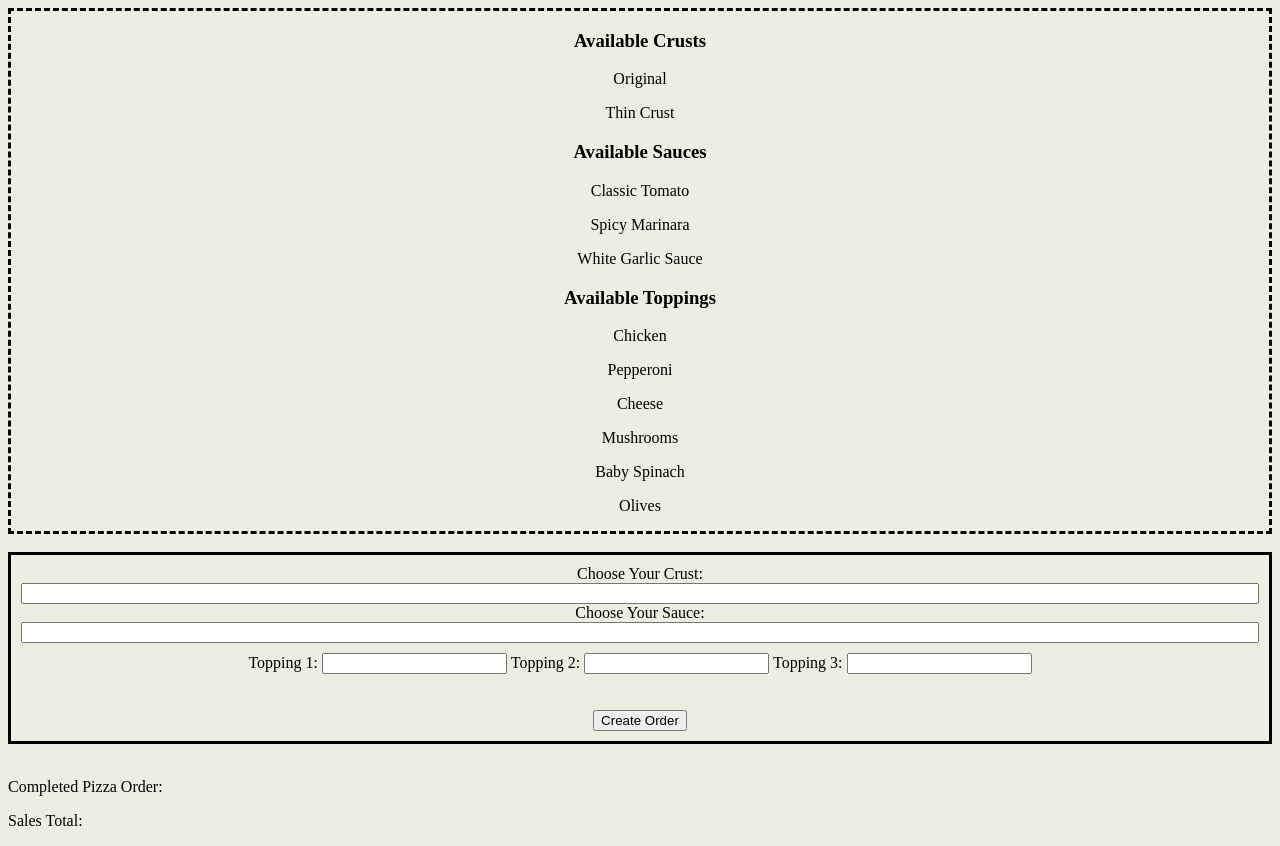
Repository: EmmanuelMefor/Pizza-order
Page: index.html
The author's editor kept a copy of each file at every save. The page is drawn from the files as they stood at one save, then again after the next save.
The browser window is 1280 px wide. The pictures show the whole page.
Some web fonts or font styles are not loaded; a fallback is used.

Above is the page before, as saved 2024-01-05 20:36:39.
Console error: ReferenceError: Btn is not defined

### index.html
<!DOCTYPE  html>
<html>
    <head>
        <title>Lesson 10 Final</title>
        <meta charset="utf-8">
        <link rel="stylesheet" href="style.css">
        <link rel="preconnect" href="https://fonts.gstatic.com">
        <link href="https://fonts.googleapis.com/css2?family=Goldman:wght@400;700&display=swap" rel="stylesheet">
    </head>
    <body>
        <div class="createOrder">
            <h3>Available Crusts</h3>
            <p>Original</p>
            <p>Thin Crust</p>




            <h3>Available Sauces</h3>
            <p>Classic Tomato</p>
            <p>Spicy Marinara</p>
            <p>White Garlic Sauce</p>




            <h3 class>Available Toppings</h3>
            <p>Chicken</p>
            <p>Pepperoni</p>
            <p>Cheese</p>
            <p>Mushrooms</p>
            <p>Baby Spinach</p>
            <p>Olives</p>
        </div>

    </br>

    <div class="form">
        <form>
          <div class="stacked-fields">
            <label for="crust">Choose Your Crust:</label>
            <input type="text" id="crust"  class="small-input" />
            <label for="sauce">Choose Your Sauce:</label>
            <input type="text" id="sauce"  class="small-input" />
          </div>
          <div class="inline-fields">
            <label for="Topping1">Topping 1:</label>
            <input type="text" id="Topping1">
            <label for="Topping2">Topping 2:</label>
            <input type="text" id="Topping2">
            <label for="Topping3">Topping 3:</label>
            <input type="text" id="Topping3">
          </div>
          <br />
          <br />
          <button type="submit" id="btn">Create Order</button>
        </form>
      </div>

        </br>

            <div id="Order">
                <p>Completed Pizza Order:</p>

            <div id="pizzaOrder">
                </div>

                <div id="toppings">
                    <p>Sales Total:</p>

                    <div id="total$">
                </div>

                </div>

                 <script src="script.js"></script>
                </body>

                </html>

### style.css
body {
  background-color: #eceee1;
}

.createOrder {
  text-align: center;
  border-style: dashed;
}

form {
  border: px;
  padding-top: 10px;
  padding-right: 10px;
  padding-left: 10px;
  padding-bottom: 10px;
  text-align: center;
  border-style: solid;
  display: block;
}

.stacked-fields {
  display: flex;
  flex-direction: column;
  margin-bottom: 10px; /* Adjust the space between stacked fields */
}

.T {
  border-style: dotted;
  border-width: 5px;
  text-align: center;
}

.s {
  text-align: center;
  border-style: double;
}

### script.js
// Global variables
var crust = document.getElementById("crust");

var sauce = document.getElementById("sauce");

// toppings array
var topping = [
  "chicken",
  "Pepperoni",
  "Cheese",
  "Mushrooms",
  "BabySpinach",
  "Olives",
];
for (var i = 0; i < topping.length; i++)
  // event listener
  var formButton = document.getElementById("btn");
Btn.addEventListener("click", function calculateTotal(toppings) {
  event.preventDefault();

  //   var topping 1 = document.getElementById ("t1").value;
  //   var topping 2 = document.getElementById ("t2").value;
  //   var topping 3 = document.getElementById ("t3").value;
});

function calculateTotal(toppings) {
  let total = 0;
  let toppingCost = 2.5;
  let baseCost = 5.5; // cost of crust and sauce

  // order string concatenation

  let orderString = crust + sauce[i];

  let toppingString = "Toppings: ";

  // For Loop
  total = total + toppingCost;
  toppingString = toppingString + toppingArray[i];

  // total = baseCost + cost of all toppings
  total = total + baseCost;

  // set DOM total += total
  document.getElementById("total" + "$").innerHTML = total;
  // use DOM: = orderString
  document.getElementById("pizzaOrders").innerHTML = order;
  // use DOM: = toppingString
  document.getElementById("toppings").innerHTML = toppings;
}

After the next save:
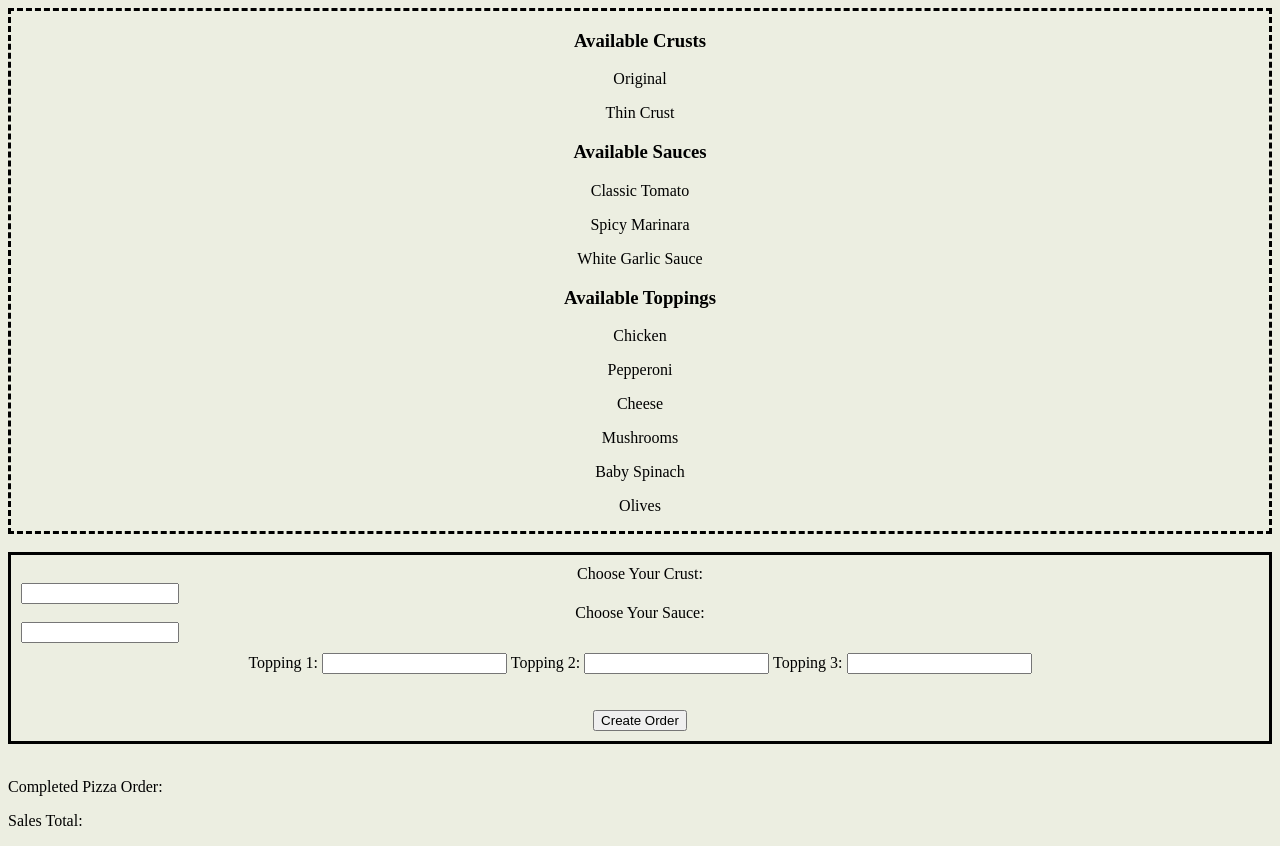
Saved 21 s later.
--- a/style.css
+++ b/style.css
@@ -24,6 +24,10 @@ form {
   margin-bottom: 10px; /* Adjust the space between stacked fields */
 }
 
+.small-input {
+  width: 150px; /* Adjust the width of the input fields */
+}
+
 .T {
   border-style: dotted;
   border-width: 5px;
